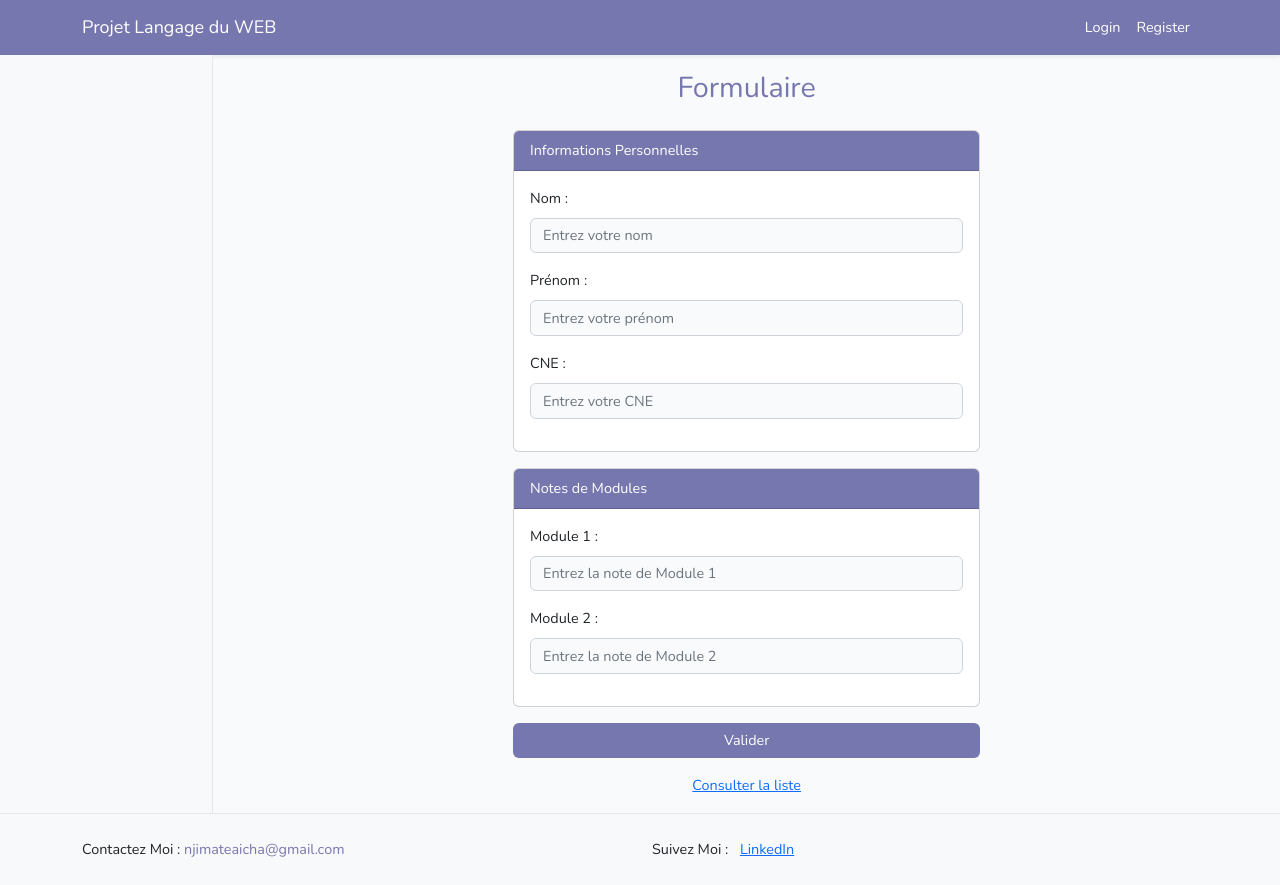
Repository: NjimateAicha/LaravelWeb
Page: http://localhost/etudiant/create
The author's editor kept a copy of each file at every save. The page is drawn from the files as they stood at one save, then again after the next save.
The browser window is 1280 px wide. The pictures show the whole page.
Some web libraries are served in a nearby version. The page is served by the project's Laravel application, run on PHP 8.4 with Laravel 9. Style sheets and scripts are compiled from the project's sources, by tool versions that may differ from the author's.

Above is the page before, as saved 2024-05-19 17:59:43.

After the next save:
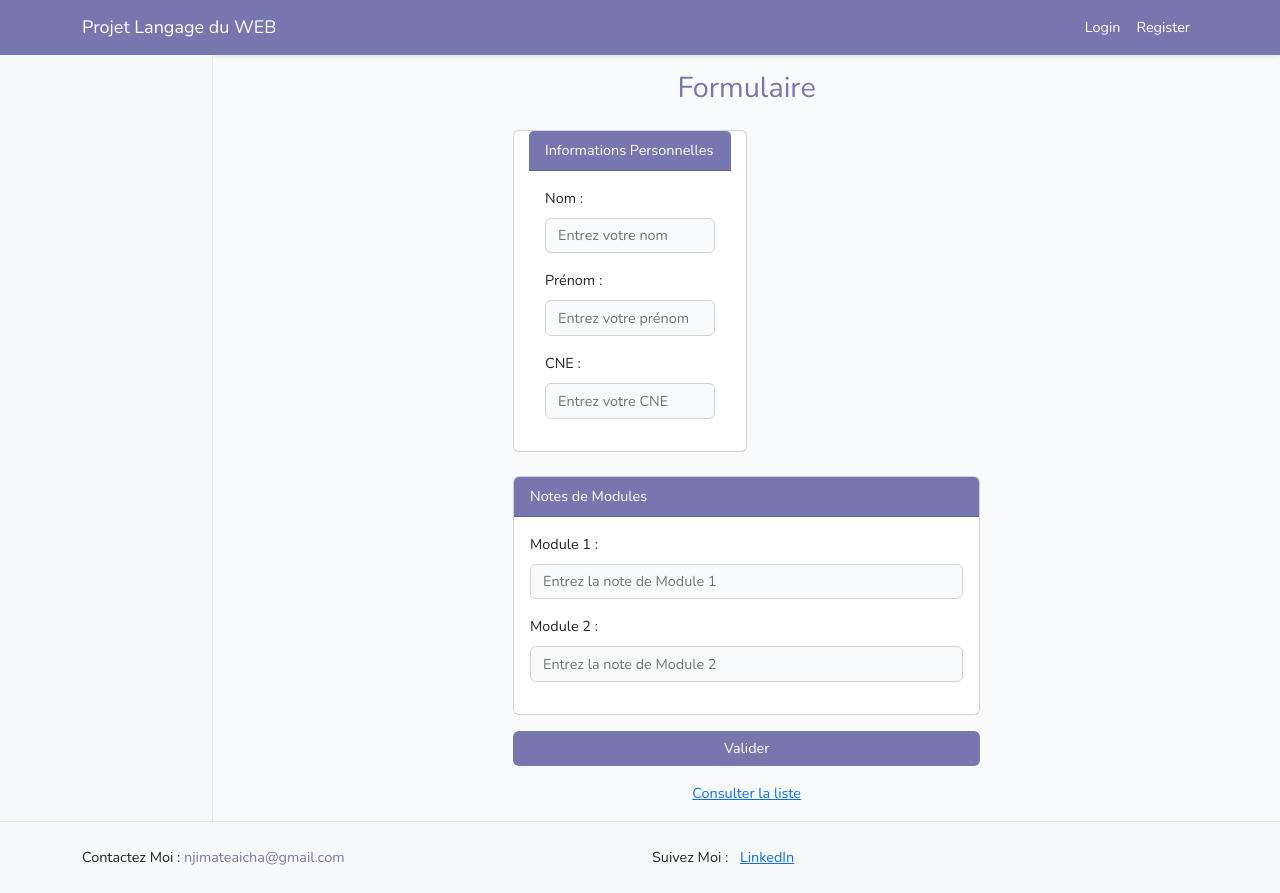
Saved 45 s later.
--- a/resources/views/etudiant/create.blade.php
+++ b/resources/views/etudiant/create.blade.php
@@ -41,7 +41,7 @@
             <form action="{{ route('etudiant.store') }}" method="POST">
                 @csrf
                 <!-- Informations personnelles -->
-                <div class="card mb-3">
+                <div class="card col-md-6 mb-4">
                     <div class="card-header">Informations Personnelles</div>
                     <div class="card-body">
                         <div class="form-group">
